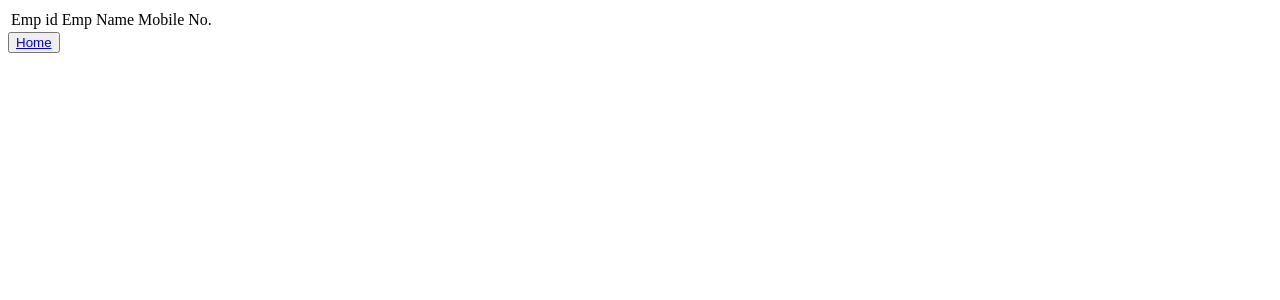
Repository: ydv-prince/JAVA-Full-Stack
Page: http://localhost/JDBC_DB/Select
An editor plug-in stored every save of this project. The page is shown before and after the next save, followed by the edit.
The browser window is 1280 px wide. The pictures show the whole page.
The page is served by Tomcat 10. Other server files are loaded and not shown. Queries for data that is not in the repository find no rows.

Above is the page before, as saved 2025-12-31 05:36:56.

### JDBC_DB/src/main/java/JDBC/Select.java
package JDBC;

import jakarta.servlet.ServletException;
import jakarta.servlet.annotation.WebServlet;
import jakarta.servlet.http.HttpServlet;
import jakarta.servlet.http.HttpServletRequest;
import jakarta.servlet.http.HttpServletResponse;
import java.io.IOException;
import java.io.PrintWriter;
import java.sql.Connection;
import java.sql.DriverManager;
import java.sql.PreparedStatement;
import java.sql.ResultSet;
import java.sql.SQLException;

@WebServlet("/Select")
public class Select extends HttpServlet {
	private static final long serialVersionUID = 1L;

    public Select() {
        super();
        // TODO Auto-generated constructor stub
    }

	protected void doGet(HttpServletRequest request, HttpServletResponse response) throws ServletException, IOException {
		response.setContentType("text/html");
		PrintWriter pw = response.getWriter();
		try {
			//load driver
			Class.forName("com.mysql.cj.jdbc.Driver");

			//establish connection
			Connection con = DriverManager.getConnection
					("jdbc:mysql://localhost:3306/employee","root","");
			PreparedStatement ps = con.prepareStatement("select * from empData");

			pw.println("<table>");
			pw.println("<thead>");
			pw.println("<tr>");
			pw.println("<td>Emp id</td>");
			pw.println("<td>Emp Name</td>");
			pw.println("<td>Mobile No.</td>");
			pw.println("</tr>");
			pw.println("</thead>");
			ResultSet rs = ps.executeQuery();
			while(rs.next()) {
				pw.println("<tbody>");
				pw.println("<tr>");
				pw.println("<td>"+rs.getInt(1)+"</td>");
				pw.println("<td>"+rs.getString(2)+"</td>");
				pw.println("<td>"+rs.getString(3)+"</td>");

				pw.println("<td><button type='submit' name='Delete'><a href='Delete'>Delete</a></button></td>");
				pw.println("<td><button type='6submit' name='Edit'><a href='Edit'>Edit</a></button></td>");
				pw.println("</tbody>");
				}


			pw.println("</table>");
			}
		catch(SQLException e) {
			e.getStackTrace();
		}
		catch(ClassNotFoundException e) {
			e.printStackTrace();
	}

		pw.println("<button type='submit' name='index'><a href='index.jsp'>Home</a></button>");
	}

}

After the next save:
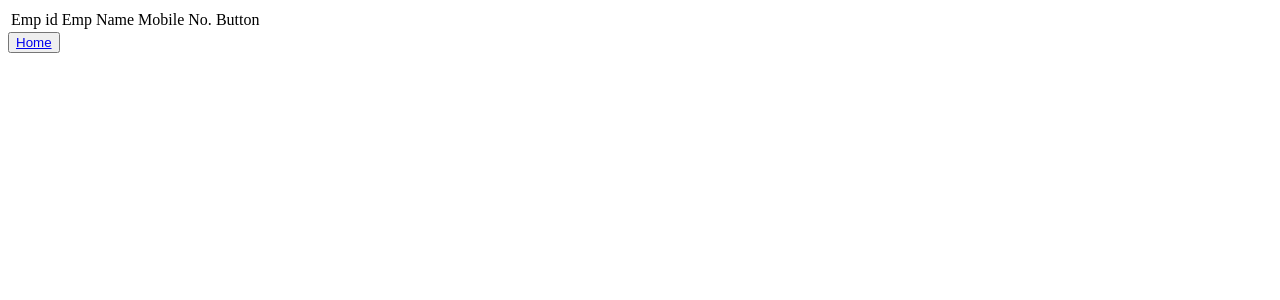
Saved 47 s later.
--- a/JDBC_DB/src/main/java/JDBC/Select.java
+++ b/JDBC_DB/src/main/java/JDBC/Select.java
@@ -40,6 +40,7 @@ public class Select extends HttpServlet {
 			pw.println("<td>Emp id</td>");
 			pw.println("<td>Emp Name</td>");
 			pw.println("<td>Mobile No.</td>");
+			pw.println("<td>Button</td>");
 			pw.println("</tr>");
 			pw.println("</thead>");
 			ResultSet rs = ps.executeQuery();
